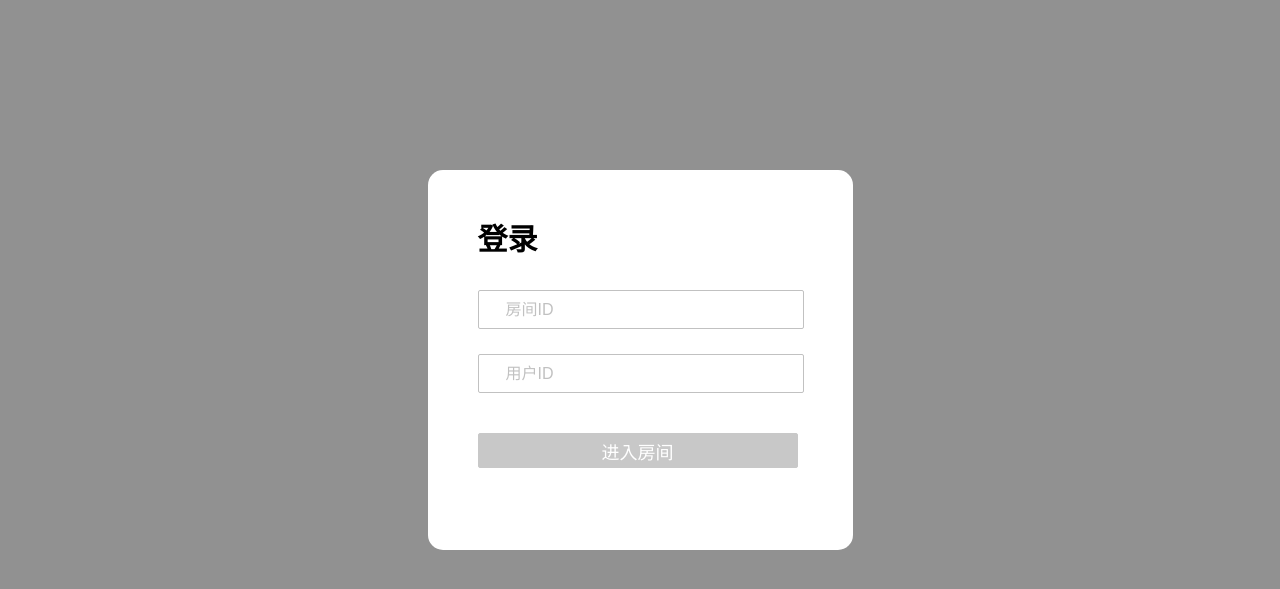
Repository: sjtu-course/homework
Page: GongZening/Week2/Web/LoginPage.html
An editor plug-in stored every save of this project. The page is shown before and after the next save, followed by the edit.
The browser window is 1280 px wide. The pictures show the whole page.

Above is the page before, as saved 2020-11-09 15:34:33.

### GongZening/Week2/Web/LoginPage.html
<!DOCTYPE html>
<html>
    <head>
        <meta charset="utf-8">
        <title>LoginPage</title>
        <style>
            input::-webkit-input-placeholder{
                color:#c1c1c1;
                font-size: 16px;
                padding-left: 25px;
            }
        </style>
        <link rel="stylesheet" type="text/css" href="css/Round_Rect.css" />
        <link rel="stylesheet" type="text/css" href="css/Login.css" />
        <link rel="stylesheet" type="text/css" href="css/Edit_Text.css" />
        <link rel="stylesheet" type="text/css" href="css/Button.css" />
        <link rel="stylesheet" type="text/css" href="css/Reset.css" />
    </head>

    <body style="background-color: #919191;">
        <div id="round_rect">
            <h1 id="login">登录</h1>
            <input type="text" class="edit_text" placeholder="房间ID" style="margin-top: 45px;">
            <!-- <input type="text" class="edit_text" placeholder="房间ID"> -->
            <input type="text" class="edit_text" placeholder="用户ID" style="margin-top: 25px;">
            <button class="button">进入房间</button>
        </div>
    </body>
</html>

### GongZening/Week2/Web/css/Round_Rect.css
@charset "utf-8";
#round_rect{
	width: 425px;
	height: 380px;
	background-color: white;
	/* 圆角大小 */
	border-radius: 15px;
	/* 位置居中 */
	position: absolute;
	margin: auto;
	top: 0;
	right: 0;
	left: 0;
	bottom: 0;
}

### GongZening/Week2/Web/css/Login.css
@charset "utf-8";
#login{
    font-size: 30px;
    color: black;
    margin-top: 45px;
    margin-left: 50px;
    height: 30px;
}

### GongZening/Week2/Web/css/Edit_Text.css
@charset "utf-8";
.edit_text{
    width: 320px;
    height: 35px;
    margin-left: 50px;
    margin-top: 0px;
    border-radius: 2px;
    border:1px solid #c1c1c1;
    font-size: 16px;
}

### GongZening/Week2/Web/css/Button.css
@charset "utf-8";
.button{
    width: 320px;
    height: 35px;
    margin-left: 50px;
    margin-top: 40px;
    border-radius: 2px;
    background-color: #c8c8c8;
    color: white;
    border:1px solid #c8c8c8;
    font-size: 18px;
}

### GongZening/Week2/Web/css/Reset.css
@charset "utf-8";
body,p,h1,h2,h3,h4,h5,h6,dl,dd{
    margin:0;
    font-size:12px;
/* font-family:XX; */
}
ol,ul{
    list-style:none;
    padding:0;
    margin:0;
}
a{
    text-decoration:none;
}
img{
    border:none;
}
/* 默认样式重置 (css reset)  */

After the next save:
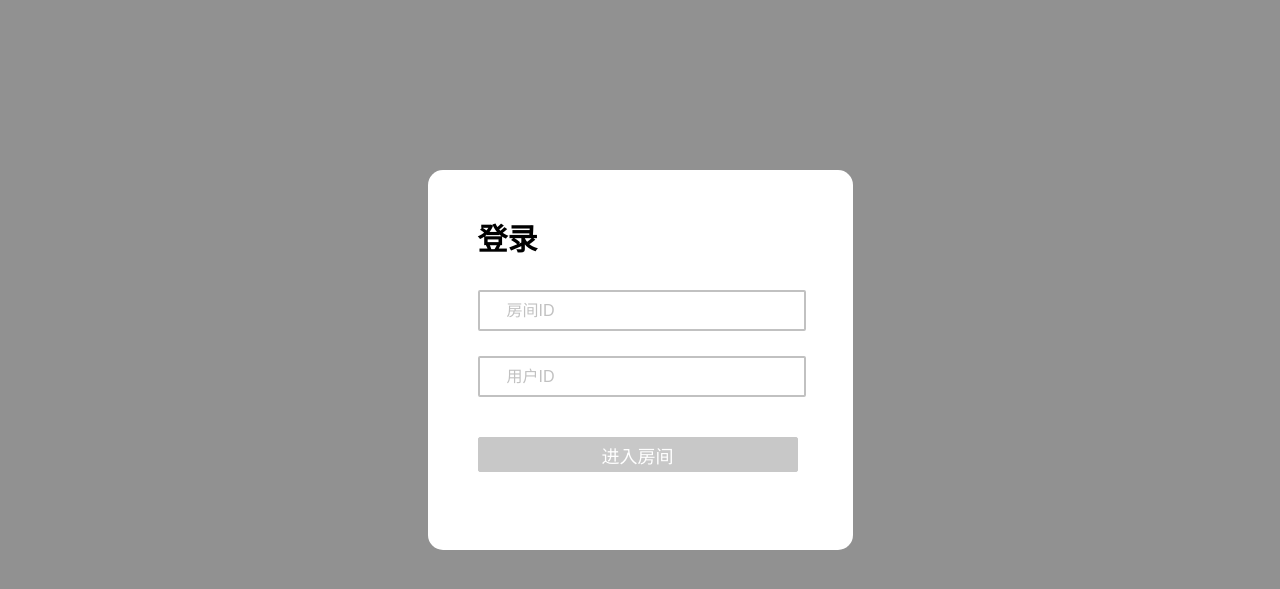
Saved 38 s later.
--- a/GongZening/Week2/Web/css/Edit_Text.css
+++ b/GongZening/Week2/Web/css/Edit_Text.css
@@ -5,6 +5,6 @@
     margin-left: 50px;
     margin-top: 0px;
     border-radius: 2px;
-    border:1px solid #c1c1c1;
+    border:2px solid #c1c1c1;
     font-size: 16px;
 }

After the save that followed:
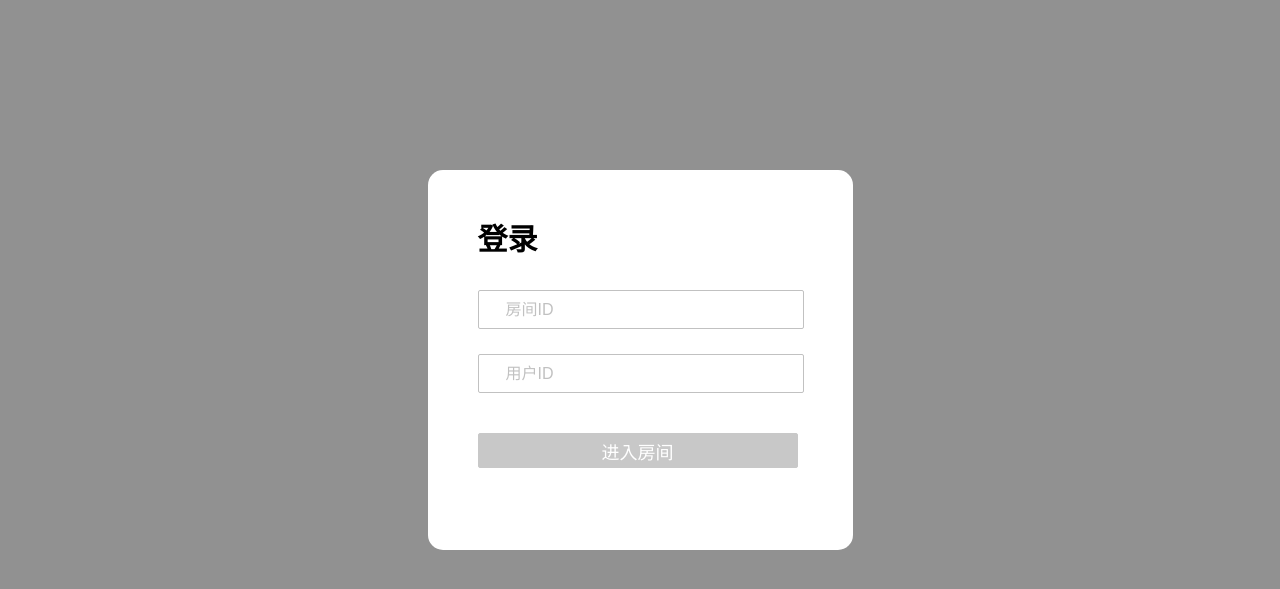
Saved 15 s later.
--- a/GongZening/Week2/Web/css/Edit_Text.css
+++ b/GongZening/Week2/Web/css/Edit_Text.css
@@ -5,6 +5,6 @@
     margin-left: 50px;
     margin-top: 0px;
     border-radius: 2px;
-    border:2px solid #c1c1c1;
+    border:1px solid #c1c1c1;
     font-size: 16px;
 }
